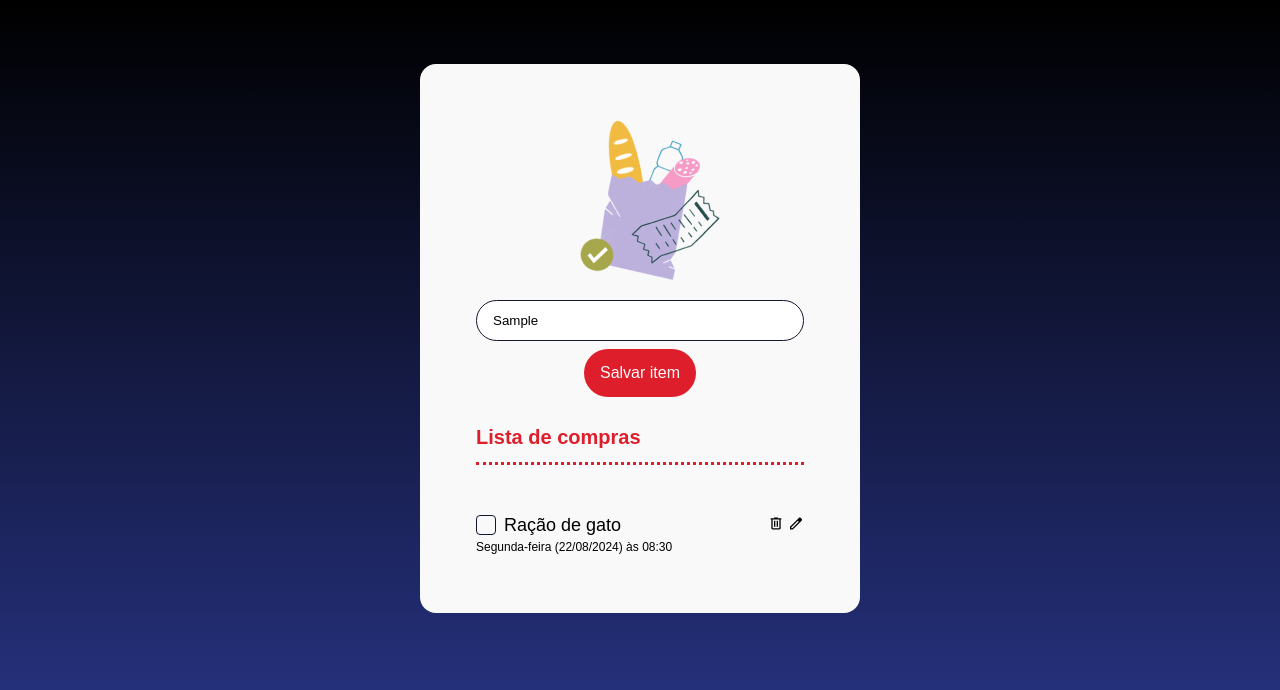
Repository: joaoPraiaJunior/compras_js
Page: index.html
An editor plug-in stored every save of this project. The page is shown before and after the next save, followed by the edit.
The browser window is 1280 px wide. The pictures show the whole page.
Empty fields were first filled with sample values (such as "Sample", 5 or name@example.com).
After loading, the first visible `button.compras__botao` was clicked once.
Some web fonts or font styles are not loaded; a fallback is used.

Above is the page before, as saved 2024-08-22 23:05:53.

After the next save:
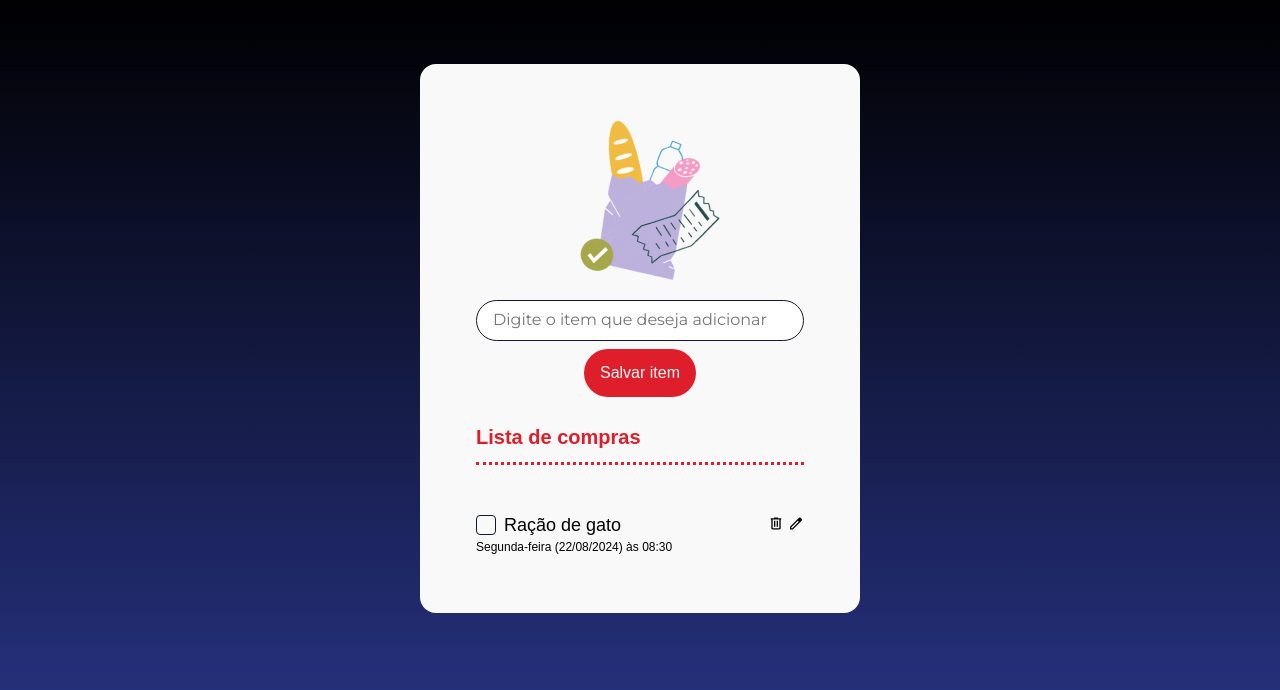
Saved 41 s later.
--- a/js/scripts.js
+++ b/js/scripts.js
@@ -13,6 +13,7 @@ function pegarItemDeCompra(evento) {
     evento.preventDefault();
     const itemDeCompra = inputDoItem.value;
     console.log(itemDeCompra);
+    inputDoItem.value = '';
 
 }
 
